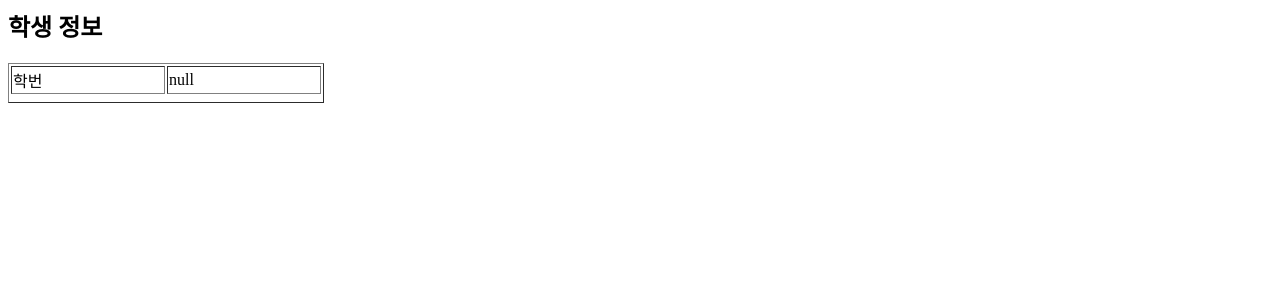
Repository: matodale/StudyJSP
Page: http://localhost/StudyJSP/ch07/requestTestPro.jsp
An editor plug-in stored every save of this project. The page is shown before and after the next save, followed by the edit.
The browser window is 1280 px wide. The pictures show the whole page.
The page is served by Tomcat 9. Other server files are loaded and not shown.

Above is the page before, as saved 2022-12-21 08:57:45.

### StudyJSP/src/main/webapp/ch07/requestTestPro.jsp
<%@ page language="java" contentType="text/html; charset=UTF-8"
    pageEncoding="UTF-8"%>
<%request.setCharacterEncoding("utf-8");%>
<%
String num = request.getParameter("num");
String name = request.getParameter("name");
String grade = request.getParameter("grade");
String subject = request.getParameter("subject");
%>
<h2>학생 정보</h2>
<table border="1">
	<tr>
		<td width="150">학번</td>
		<td width="150"><%=num %></td>
	</tr>
	<tr>
	</tr>
	<tr>
	</tr>
	<tr>
	</tr>
</table>

After the next save:
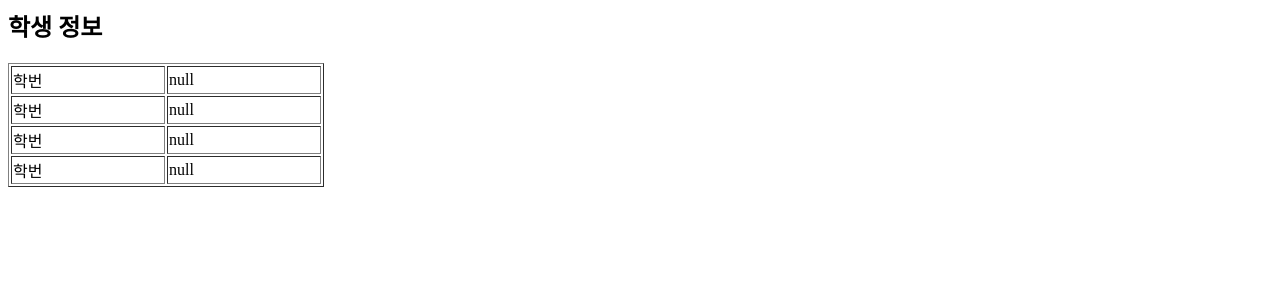
Saved 11 s later.
--- a/StudyJSP/src/main/webapp/ch07/requestTestPro.jsp
+++ b/StudyJSP/src/main/webapp/ch07/requestTestPro.jsp
@@ -14,9 +14,15 @@ String subject = request.getParameter("subject");
 		<td width="150"><%=num %></td>
 	</tr>
 	<tr>
+		<td width="150">학번</td>
+		<td width="150"><%=num %></td>
 	</tr>
 	<tr>
+		<td width="150">학번</td>
+		<td width="150"><%=num %></td>
 	</tr>
 	<tr>
+		<td width="150">학번</td>
+		<td width="150"><%=num %></td>
 	</tr>
 </table>
